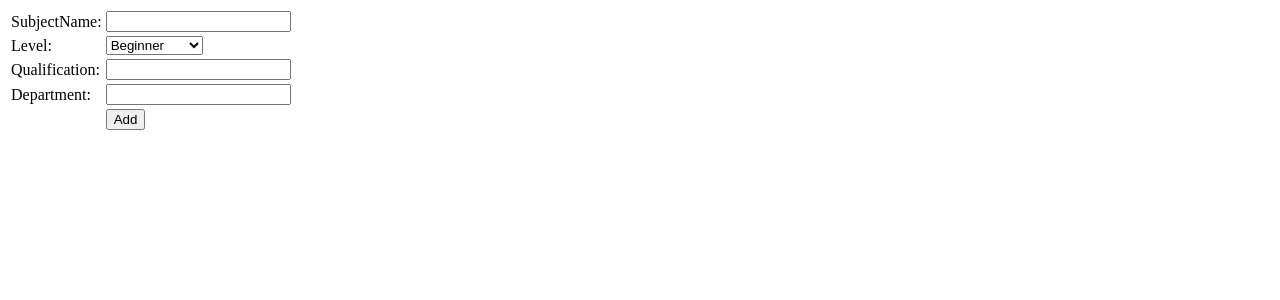
Repository: revanthkumar-paka/LearnersApp
Page: LearnersApp/src/main/webapp/MySubjects.html
These files come from the project's save history. The page is drawn as it stood at one moment and after the next save; the edit follows.
The browser window is 1280 px wide. The pictures show the whole page.

Above is the page before, as saved 2022-04-24 19:23:30.

### LearnersApp/src/main/webapp/MySubjects.html
<!DOCTYPE html>
<html>
<head>
<meta charset="ISO-8859-1">
<title>Insert title here</title>
</head>
<body>
<form action="addSubjectServlet" method="post" >
<table>

<tr>
<td>SubjectName:</td>
<td><input name="subjectname"/>
</tr>
<tr>
<td>Level:</td>
<td>
<select name="level">
<option value="beginner">Beginner</option>
<option value="intermediate">InterMediate</option>
<option value="expert">Expert</option>
</select>
</td>
</tr>

<tr>
<td>
Qualification:
</td>
<td>
<input name="qualification"/>
</td>
</tr>

<tr>
<td>Department:</td>
<td><input name="department"/>
</td>
</tr>
<tr>
<td></td>
<td><input type="submit" value="Add"></td>
</tr>
</table>

</form>
</body>
</html>

After the next save:
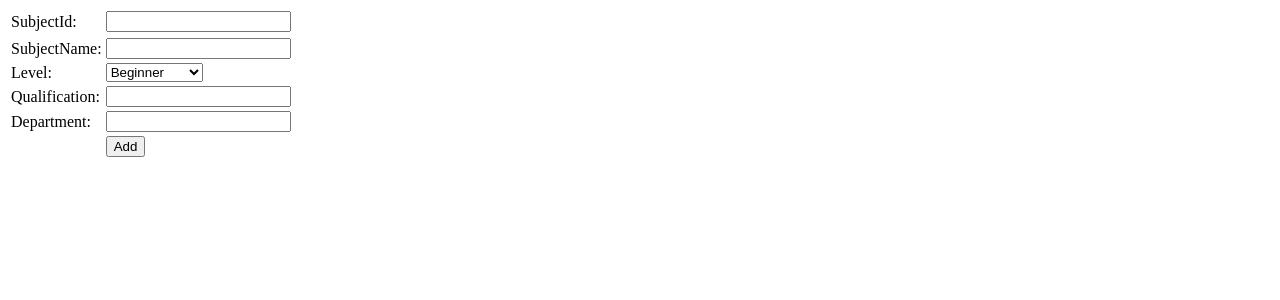
Saved 17 min 31 s later.
--- a/LearnersApp/src/main/webapp/MySubjects.html
+++ b/LearnersApp/src/main/webapp/MySubjects.html
@@ -7,7 +7,10 @@
 <body>
 <form action="addSubjectServlet" method="post" >
 <table>
-
+<tr>
+<td>SubjectId:</td>
+<td><input name="subjectid"></td>
+<tr>
 <tr>
 <td>SubjectName:</td>
 <td><input name="subjectname"/>
